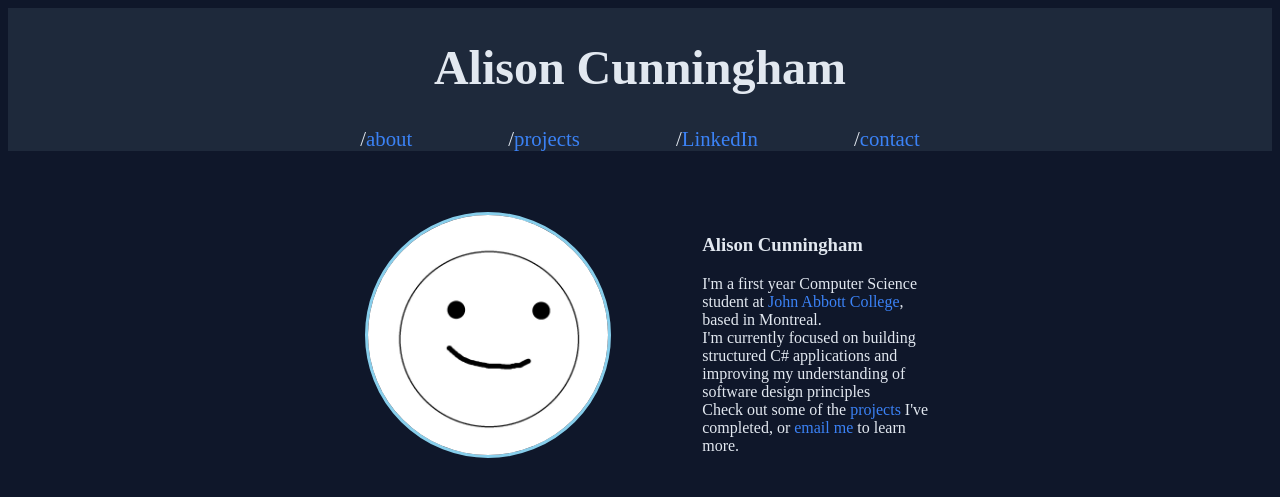
Repository: alison-cunningham/alison-cunningham
Page: index.html
The author's editor kept a copy of each file at every save. The page is drawn from the files as they stood at one save, then again after the next save.
The browser window is 1280 px wide. The pictures show the whole page.
Some web fonts or font styles are not loaded; a fallback is used.

Above is the page before, as saved 2026-04-22 13:47:54.

### index.html
<!DOCTYPE html>
<html lang="en">
<head>
    <meta charset="UTF-8" />
    <title>Alison Cunningham - Home Page</title>
    <link rel="stylesheet" href="./styles/globals.css"/>
    <link rel="stylesheet" href="./styles/index.css" />
</head>

<body>
    <header>
        <h1>Alison Cunningham</h1>
        <div class="nav-bar">
            <a href="index.html">/<span class="hover-text">about</span></a>
            <a href="projects.html">/<span class="hover-text">projects</span></a>
            <a href="www.linkedin.com/in/alison-c-427578b5">/<span class="hover-text">LinkedIn</span></a>
            <a href="mailto:cunningham.alison.m@gmail.com">/<span class="hover-text">contact</span></a>
        </div>
    </header>

    <main>
        <img class="home-page-img" src="./assets/images/placeholder.jpg" alt="this is just a placeholder">

        <div class="about-me">
            <h3>Alison Cunningham</h3>
            I'm a first year Computer Science student at <a href="https://johnabbott.qc.ca/career-programs/computer-science-technology/" class="hover-text">John Abbott College</a>,
            based in Montreal.
            <br>
            I'm currently focused on building structured C# applications and improving my understanding of software design principles
            <br>
            Check out some of the <a href="projects.html" class="hover-text">projects</a> I've completed, or <a href="mailto:cunningham.alison.m@gmail.com" class="hover-text">email me</a> to learn more.

        </div>


    </main>



</body>

</html>

### styles/globals.css
@font-face{
    font-family: 'Radio-Canada';
    src: url('../assets/fonts/Radio_Canada/RadioCanada-VariableFont_wdth\,wght.ttf')
}



body{
    font-family: 'Radio-Canada';
    display: grid;
    place-items: center;

    background-color: #0f172a;
    color: #e2e8f0;

}

a{
    text-decoration: none;
    color: inherit;
}

### styles/index.css
header{
    width: 100%;

    background-color: #1e293b;

    display: flex;
    flex-direction: column;
    align-items: center;
    justify-content: center;

    font-size: 1.5rem;
}

.nav-bar{
    display: flex;
    gap: 6rem;

    font-size: 1.3rem;



}

.hover-text{
    color: #3b82f6;
    transition: color 0.3s;
}

.hover-text:hover{
    color: #22c55e;
}

.home-page-img{
    width: 15rem;
    border: .2rem solid skyblue;
    border-radius: 50%;
}

main{
    display: grid;
    width: 100%;
    grid-template-columns: 20% 80%;
    place-items: center;

    gap: 9rem;
    padding: 2rem;

}

.about-me{

    padding: 2rem;
}

@media (min-width: 600px) {
  main {
    width: 50%;
  }
}

@media (min-width: 992px) {
  main {
    width: 30%;
  }
}

After the next save:
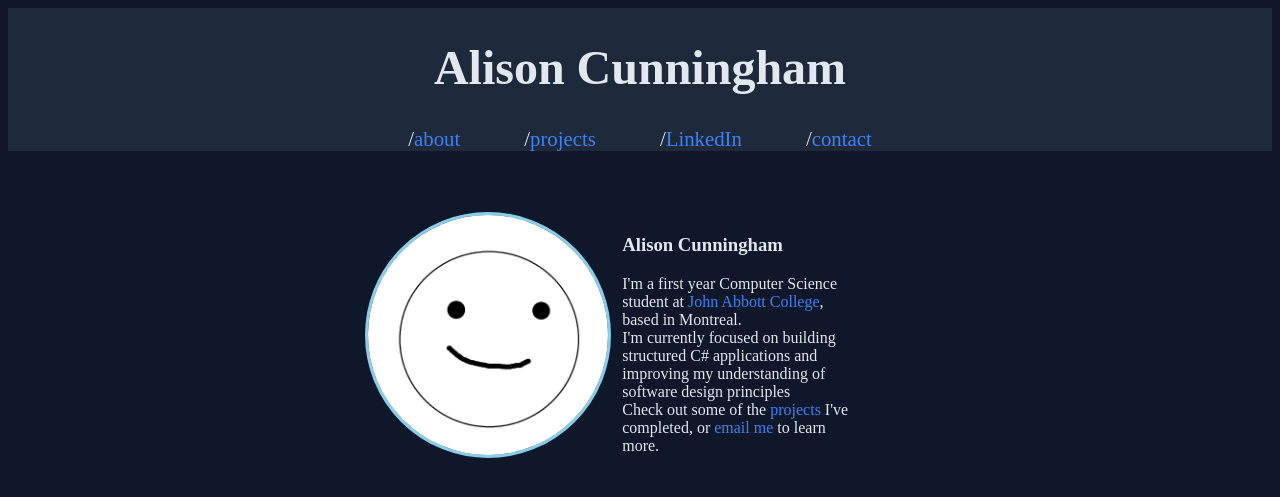
Saved 4 min 7 s later.
--- a/styles/index.css
+++ b/styles/index.css
@@ -13,7 +13,7 @@ header{
 
 .nav-bar{
     display: flex;
-    gap: 6rem;
+    gap: 4rem;
 
     font-size: 1.3rem;
 
@@ -42,7 +42,7 @@ main{
     grid-template-columns: 20% 80%;
     place-items: center;
 
-    gap: 9rem;
+    gap: 4rem;
     padding: 2rem;
 
 }
